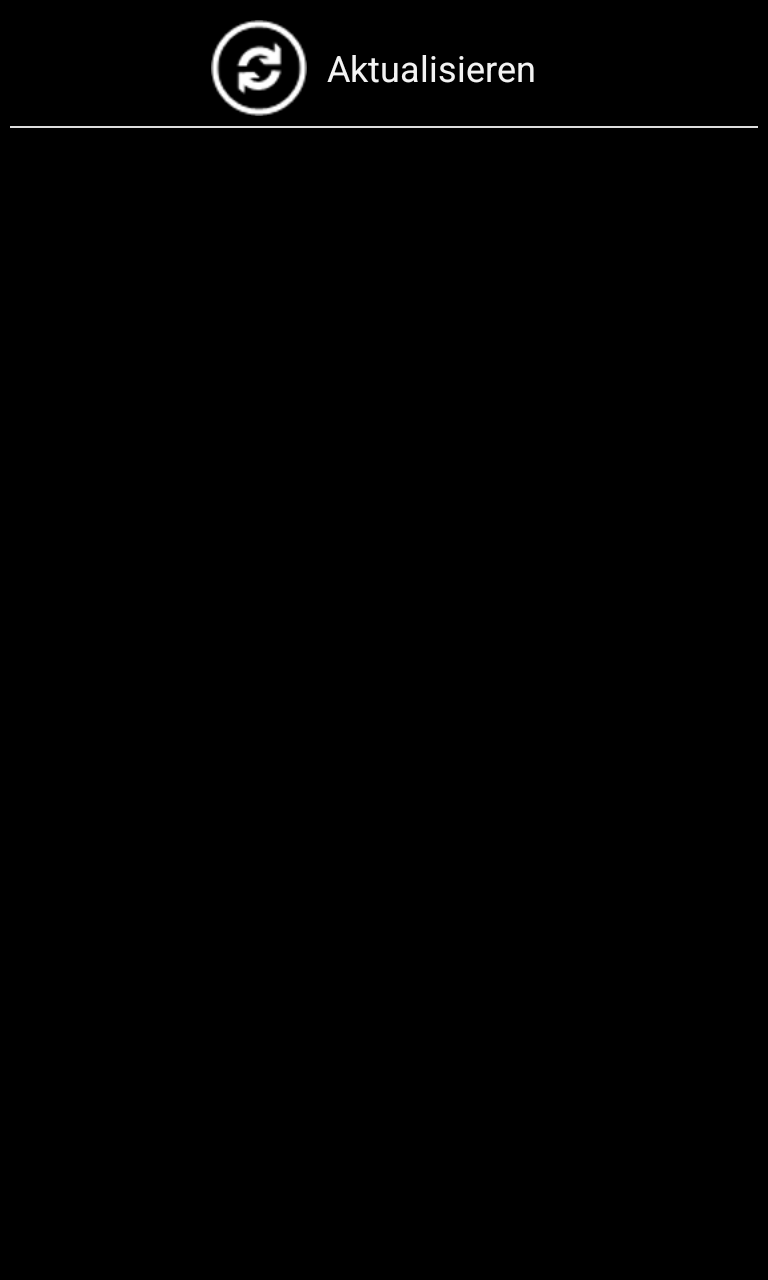
Repository: dwonisch/firefighterapp
Layout: FireFighter/res/layout/main.xml
These files come from the project's save history. The layout is drawn as it stood at one moment and after the next save; the edit follows.
It is drawn on a 768 x 1280 px phone screen (xhdpi) without system bars, with theme android:Theme.Holo; the app's code is not run. Lists and similar views that code fills are empty.

Above is the layout before, as saved 2012-10-11 18:36:44.

### FireFighter/res/layout/main.xml
<?xml version="1.0" encoding="utf-8"?>
<LinearLayout xmlns:android="http://schemas.android.com/apk/res/android"
    android:layout_width="wrap_content"
    android:layout_height="fill_parent"
    android:orientation="vertical" >

    <LinearLayout
        xmlns:android="http://schemas.android.com/apk/res/android"
        android:id="@+id/refresh"
        android:layout_width="wrap_content"
        android:layout_height="fill_parent"
        android:orientation="vertical"
        android:padding="5dp"
         >

        <LinearLayout
            android:layout_width="match_parent"
            android:layout_height="wrap_content"
            android:layout_gravity="center_vertical|center_horizontal"
            android:gravity="center"
            android:onClick="onRefresh"
            android:padding="5dp" >

            <ImageView
                android:layout_width="wrap_content"
                android:layout_height="wrap_content"
                android:layout_gravity="center_vertical|center_horizontal"
                android:contentDescription="Refresh"
                android:src="@drawable/refresh" />

            <TextView
                android:id="@+id/progress_Text"
                android:layout_width="wrap_content"
                android:layout_height="fill_parent"
                android:gravity="center_vertical|center_horizontal"
                android:padding="10dp"
                android:text="Aktualisieren"
                android:textAppearance="?android:attr/textAppearanceMedium" />
        </LinearLayout>

            <View
                android:layout_width="fill_parent"
                android:layout_height="1dp"
                android:background="#FFDDDDDD" />
    </LinearLayout>

    <LinearLayout
        android:id="@+id/connectionLost"
        android:layout_width="fill_parent"
        android:layout_height="fill_parent"
        android:layout_gravity="center_vertical|center_horizontal"
        android:gravity="bottom|center_horizontal|center_vertical|fill_vertical"
        android:orientation="vertical" >

        <ImageView
            android:layout_width="wrap_content"
            android:layout_height="wrap_content"
            android:layout_gravity="center_vertical|center_horizontal"
            android:contentDescription="Refresh"
            android:src="@drawable/refresh" />

        <TextView
            android:id="@+id/progress_Text"
            android:layout_width="fill_parent"
            android:layout_height="wrap_content"
            android:gravity="center_vertical|center_horizontal"
            android:text="Verbindung fehlgeschlagen"
            android:textAppearance="?android:attr/textAppearanceMedium" />

        <TextView
            android:id="@+id/progress_Text"
            android:layout_width="fill_parent"
            android:layout_height="wrap_content"
            android:gravity="center_vertical|center_horizontal"
            android:text="Zum Wiederholen tippen"
            android:textAppearance="?android:attr/textAppearanceSmall" />
    </LinearLayout>

    <LinearLayout
        android:id="@+id/progress"
        android:layout_width="match_parent"
        android:layout_height="wrap_content"
        android:padding="5dp" >

        <ProgressBar
            android:id="@+id/progressBar"
            android:layout_width="wrap_content"
            android:layout_height="wrap_content" />

        <TextView
            android:id="@+id/progress_Text"
            android:layout_width="wrap_content"
            android:layout_height="fill_parent"
            android:gravity="center_vertical|center_horizontal"
            android:padding="5dp"
            android:text="Einsätze werden geladen"
            android:textAppearance="?android:attr/textAppearanceMedium" />
    </LinearLayout>

    <ListView
        android:id="@+id/bookListView"
        android:layout_width="fill_parent"
        android:layout_height="fill_parent"
        android:divider="#ffffff" >
    </ListView>

</LinearLayout>

After the next save:
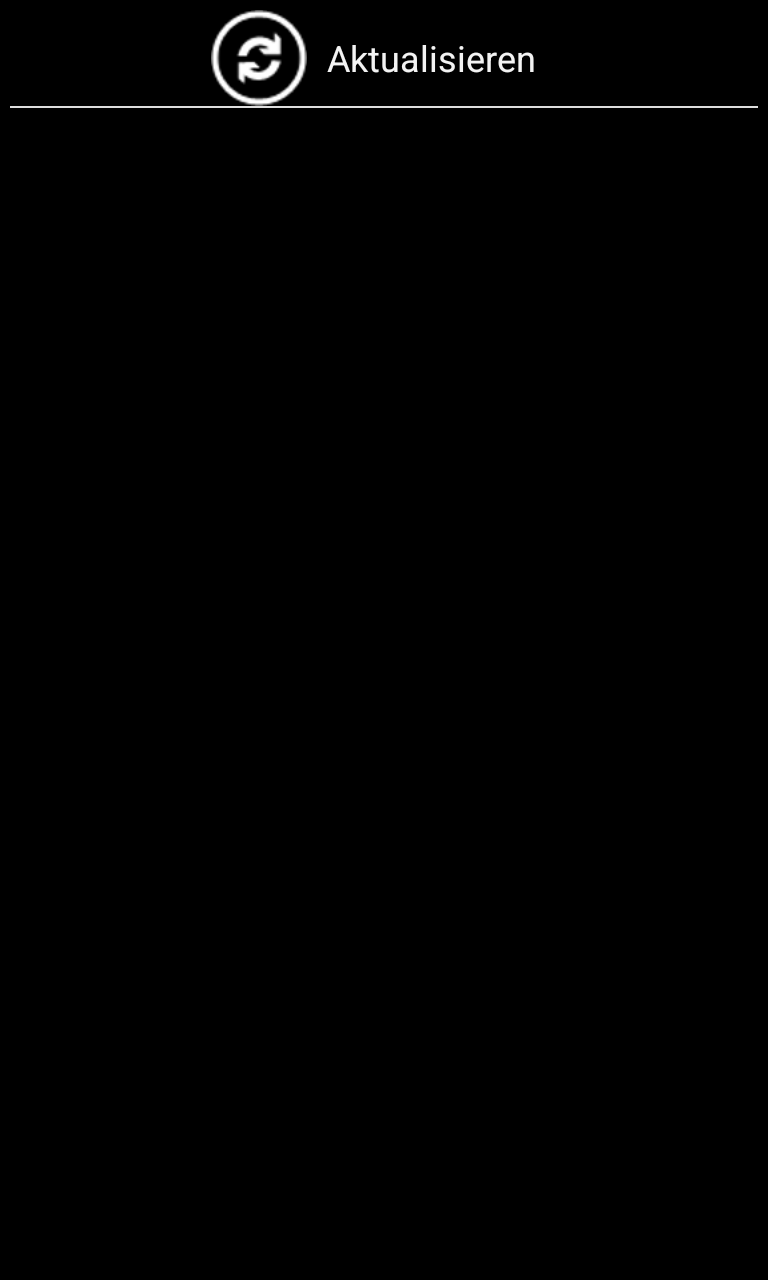
Saved 12 s later.
--- a/FireFighter/res/layout/main.xml
+++ b/FireFighter/res/layout/main.xml
@@ -19,7 +19,7 @@
             android:layout_gravity="center_vertical|center_horizontal"
             android:gravity="center"
             android:onClick="onRefresh"
-            android:padding="5dp" >
+            >
 
             <ImageView
                 android:layout_width="wrap_content"

After the 3 saves that followed:
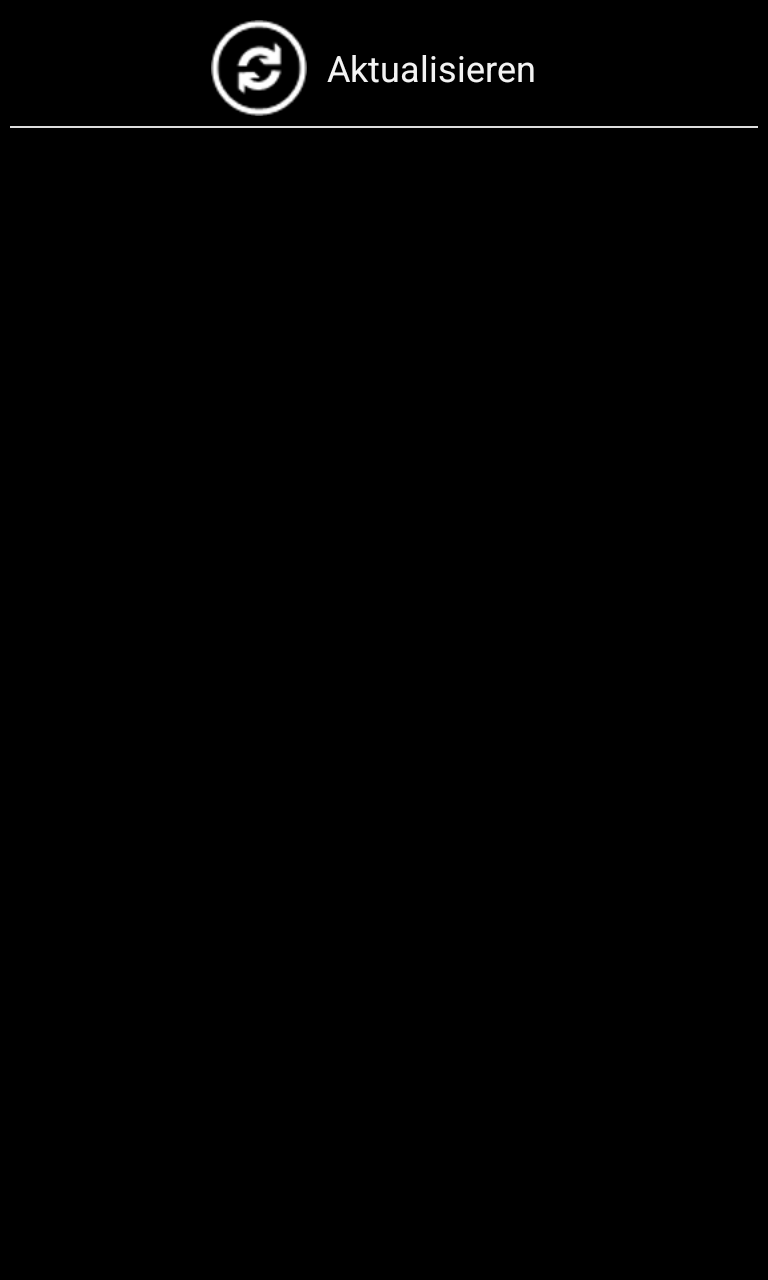
The 3 saves are shown as one change because 2 left the picture as it was.
The last was saved 25 s later.
--- a/FireFighter/res/layout/main.xml
+++ b/FireFighter/res/layout/main.xml
@@ -19,6 +19,7 @@
             android:layout_gravity="center_vertical|center_horizontal"
             android:gravity="center"
             android:onClick="onRefresh"
+            android:padding="5dp"
             >
 
             <ImageView
